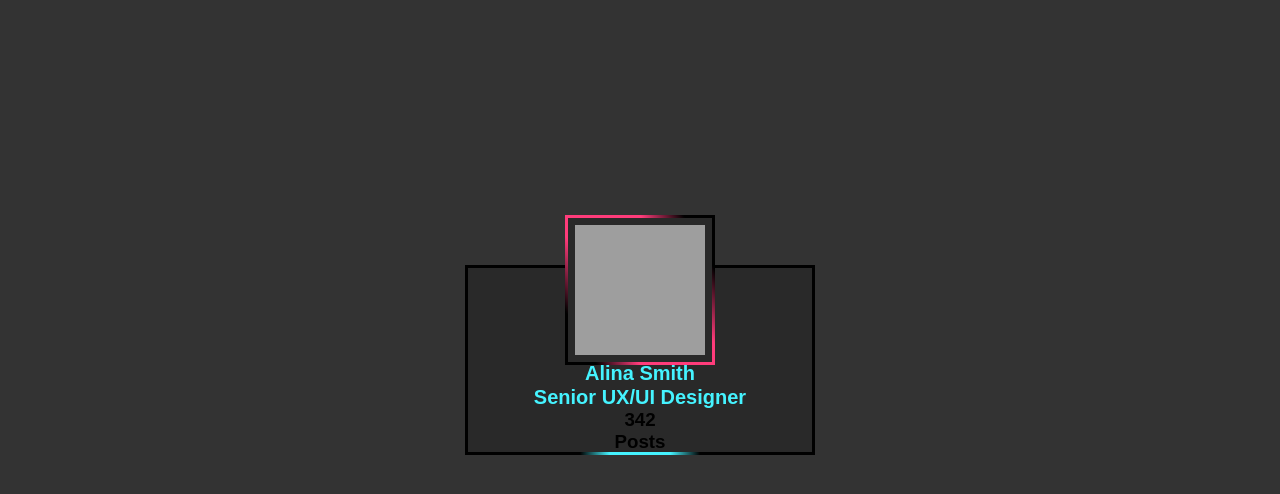
Repository: SeungYn/Javascript-study-toy
Page: profile-card/index.html
These files come from the project's save history. The page is drawn as it stood at one moment and after the next save; the edit follows.
The browser window is 1280 px wide. The pictures show the whole page.
Pictures or frames that could not be fetched are drawn as grey boxes.

Above is the page before, as saved 2023-01-12 15:55:59.

After the next save:
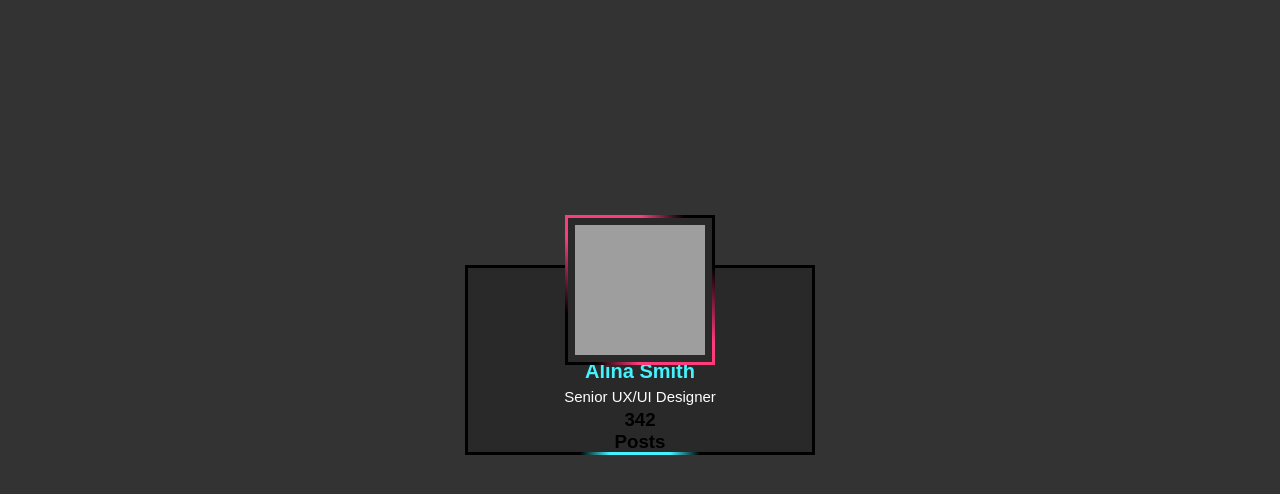
Saved 31 s later.
--- a/profile-card/style.css
+++ b/profile-card/style.css
@@ -158,3 +158,9 @@ body {
   color: #45f3ff;
   line-height: 1.2em;
 }
+
+.card .content .details h2 span {
+  font-size: 0.75em;
+  font-weight: 500;
+  color: #fff;
+}
